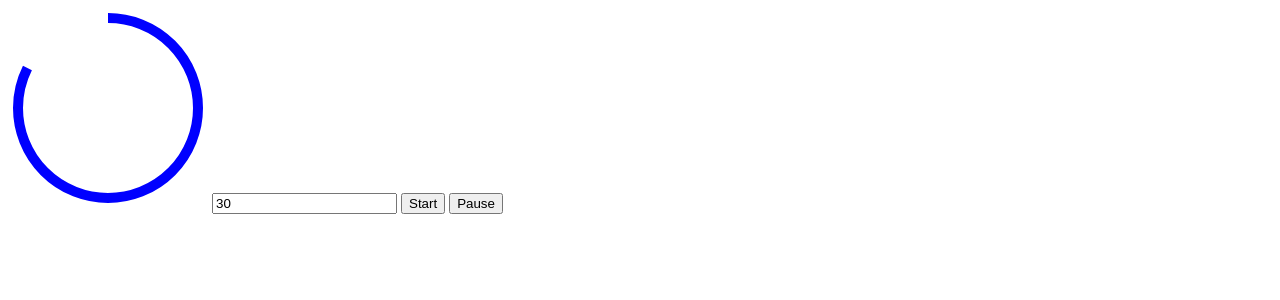
Repository: zhapar/JS-Bootcamp
Page: 1. Timer/index.html
These files come from the project's save history. The page is drawn as it stood at one moment and after the next save; the edit follows.
The browser window is 1280 px wide. The pictures show the whole page.

Above is the page before, as saved 2020-07-09 16:52:35.

### 1. Timer/index.html
<!DOCTYPE html>
<html lang="en">
  <head>
    <meta charset="UTF-8" />
    <meta name="viewport" content="width=device-width, initial-scale=1.0" />
    <title>Timer</title>
  </head>

  <body>
    <svg height="200" width="200">
      <circle
        r="90"
        cx="100"
        cy="100"
        fill="transparent"
        stroke="blue"
        stroke-width="10"
        stroke-dasharray="565"
        stroke-dashoffset="100"
        transform="rotate(-90 100 100)"
      />
    </svg>
    <input type="text" id="duration" value="30" />
    <button id="start">Start</button>
    <button id="pause">Pause</button>

    <script src="timer.js"></script>
    <script src="app.js"></script>
  </body>
</html>

### 1. Timer/timer.js
class Timer {
  constructor(durationInput, startButton, pauseButton, callbacks) {
    this.durationInput = durationInput;
    this.startButton = startButton;
    this.pauseButton = pauseButton;

    if (callbacks) {
      this.onStart = callbacks.onStart;
      this.inTick = callbacks.inTick;
      this.onComplete = callbacks.onComplete;
    }

    this.startButton.addEventListener("click", this.start);
    this.pauseButton.addEventListener("click", this.pause);
  }

  // To start a timer
  start = () => {
    if (this.onStart) {
      this.onStart();
    }
    this.tick();
    this.interval = setInterval(this.tick, 1000);
  };

  // To pause a timer
  pause = () => {
    clearInterval(this.interval);
  };

  // To countdown timer
  tick = () => {
    if (this.timeRemaining <= 0) {
      this.pause();
      if (this.onComplete) {
        this.onComplete();
      }
    } else {
      this.timeRemaining = this.timeRemaining - 1;
      this.inTick();
    }
  };

  get timeRemaining() {
    return parseFloat(this.durationInput.value);
  }

  set timeRemaining(time) {
    this.durationInput.value = time;
  }
}

### 1. Timer/app.js
// Get button on DOM
const durationInput = document.querySelector("#duration");
const startButton = document.querySelector("#start");
const pauseButton = document.querySelector("#pause");

const timer = new Timer(durationInput, startButton, pauseButton, {
  onStart() {
    console.log("Timer started!");
  },
  inTick() {
    console.log("Timer just ticked down");
  },
  onComplete() {
    console.log("Timer is completed");
  },
});

After the next save:
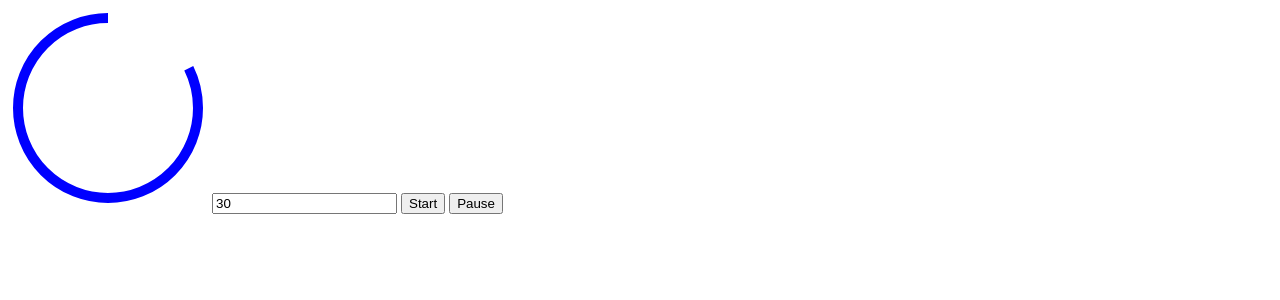
Saved 6 s later.
--- a/1. Timer/index.html
+++ b/1. Timer/index.html
@@ -16,7 +16,7 @@
         stroke="blue"
         stroke-width="10"
         stroke-dasharray="565"
-        stroke-dashoffset="100"
+        stroke-dashoffset="-100"
         transform="rotate(-90 100 100)"
       />
     </svg>
